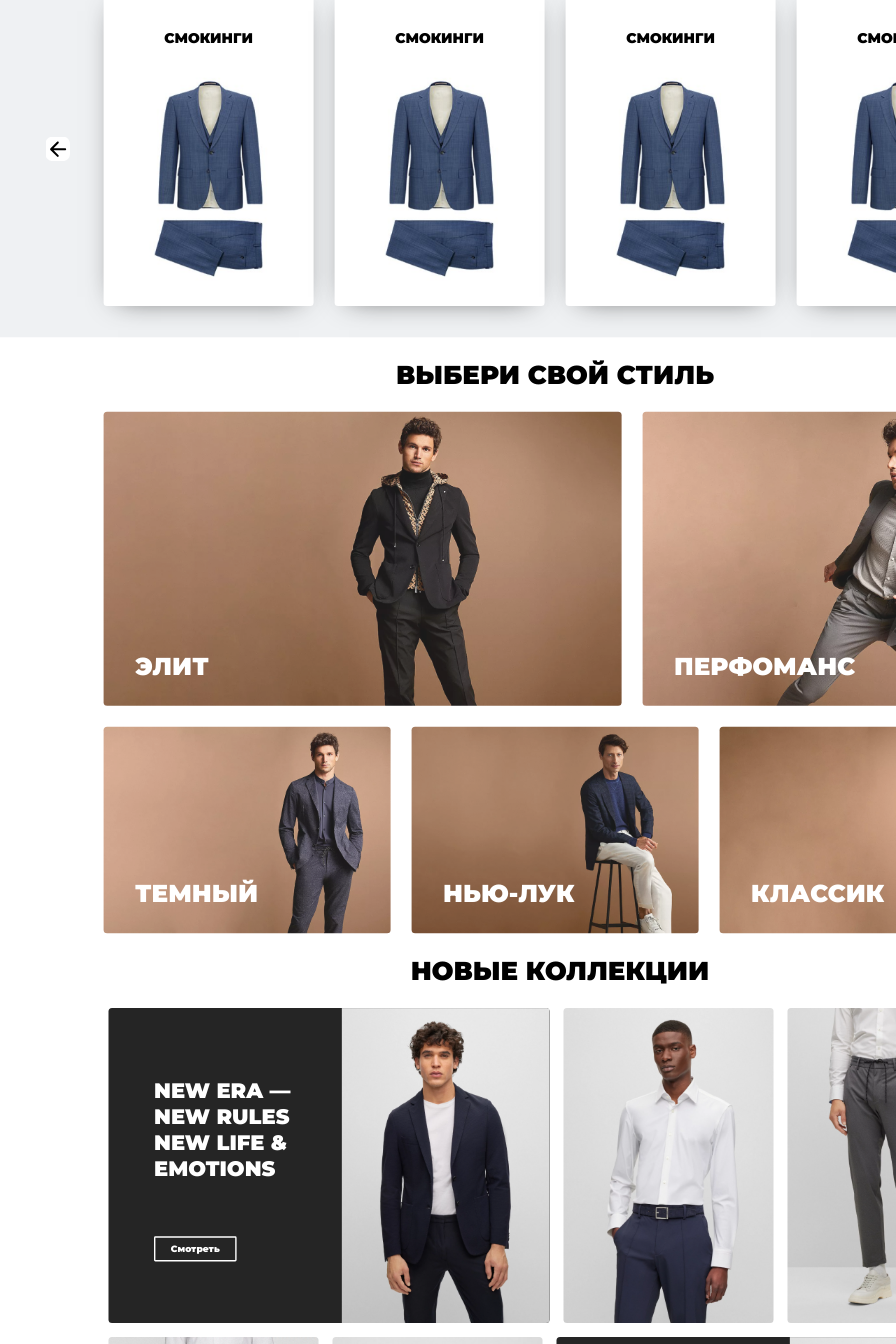
Repository: MaksimKrupkin/SigmaEllegance
Page: /
An editor plug-in stored every save of this project. The page is shown before and after the next save, followed by the edit.
The browser window is 1280 px wide. The pictures show the part of the page from y = 903 to 2823 px (the page is 4160 px tall), at 70% of full size.
Some web fonts or font styles are not loaded; a fallback is used. The project was rebuilt for these pictures with package versions that can differ from the ones it lists, and the page was loaded fresh each time.

Above is the page before, as saved 2023-11-25 11:15:55.

### public/index.html
<!DOCTYPE html>
<html lang="en">
  <head>
    <meta charset="utf-8" />

    <meta name="viewport" content="width=device-width, initial-scale=1" />

    <link rel="preconnect" href="https://fonts.googleapis.com" />
    <link rel="preconnect" href="https://fonts.gstatic.com" crossorigin />
    <link
      href="https://fonts.googleapis.com/css2?family=Roboto:wght@400;500;700&display=swap"
      rel="stylesheet" />
    <link
      href="https://fonts.googleapis.com/css2?family=Montserrat:ital,wght@0,300;0,500;0,600;0,900;1,400;1,500&family=Roboto:wght@400;500;700&display=swap"
      rel="stylesheet" />
    <link rel="preconnect" href="https://fonts.googleapis.com" />
    <link rel="preconnect" href="https://fonts.gstatic.com" crossorigin />
    <link
      href="https://fonts.googleapis.com/css2?family=Montserrat:wght@300&family=Roboto:wght@400;500;700&display=swap"
      rel="stylesheet" />
    <link href="https://fonts.cdnfonts.com/css/montserrat" rel="stylesheet" />
    <title>SigmaEllegance</title>
  </head>
  <body>
    <div id="root"></div>
  </body>
</html>

### src/Components/Header/Header.jsx
import React from 'react';
import styles from './Header.module.css';
import logo from '../../assets/img/logo.svg';
import icon1 from '../../assets/img/Icon1.svg';
import icon2 from '../../assets/img/icon2.svg';
import icon3 from '../../assets/img/icon3.svg';
import icon4 from '../../assets/img/icon4.svg';

function Header() {
  return (
    <header className={styles.header}>
      <div className={styles.left_part}>
        <a className={styles.menu}>
          <img className={styles.icon1} src={icon1} alt="" />
          <p>Меню</p>
        </a>
        <a className={styles.search}>
          <img className={styles.icon2} src={icon2} alt="" />
          <p>Поиск</p>
        </a>
      </div>
      <a className={styles.logo_part}>
        <img className={styles.logo} src={logo} alt="" />
        <p>SigmaEllegance</p>
      </a>
      <div className={styles.right_part}>
        <a className={styles.liked}>
          <p>Желаемое</p>
          <img className={styles.icon3} src={icon3} alt="" />
        </a>
        <a className={styles.purchases}>
          <p>Мой SE</p>
          <img className={styles.icon4} src={icon4} alt="" />
        </a>
      </div>
    </header>
  );
}

export default Header;

### src/Pages/HomePage.jsx
import React from 'react';
import styles from './HomePage.module.css';
import mainScreenImage from '../assets/img/background.png';
import Slider from '../Components/Slider/Slider';
import Styles from '../Components/Styles/Styles';
import Collections from '../Components/Collections/Collections';
import Footer from '../Components/Footer/Footer';
import Sendings from '../Components/Sendings/Sendings';

function HomePage() {
  return (
    <>
      <div className={styles.mainScreen}>
        <div className={styles.textBlock}>
          <div className={styles.title}>Мужская классика</div>
          <div className={styles.text}>
            Наши фирменные костюмы — это то, чем мы известны. Откройте для себя классические формы и
            оттенки, подходящие для вашего образа жизни.
          </div>
          <button className={styles.mainScreen_button}>Смотреть коллекцию</button>
        </div>
      </div>
      <Slider />
      <Styles />
      <Collections />
      <Sendings />
      <Footer />
    </>
  );
}

export default HomePage;

### src/App.module.css
body {
  font-family: 'Montserrat', sans-serif;
  display: block;
  margin: 0 auto;
  padding: 0;
  width: 100%;
  overflow-x: hidden;
}
.container {
  width: 1600px;
  display: block;
  margin: 0 auto;
  position: relative;
}

*,
*::before,
*::after {
  box-sizing: border-box;
}

/* Links */

a,
a:link,
a:visited {
  text-decoration: none;
}

a:hover {
  text-decoration: none;
}

/* Common */

aside,
nav,
footer,
header,
section,
main {
  display: block;
}

h1,
h2,
h3,
h4,
h5,
h6,
p {
  font-size: inherit;
  font-weight: inherit;
}

ul,
ul li {
  list-style: none;
}

img {
  vertical-align: top;
}

img,
svg {
  max-width: 100%;
  height: auto;
}

address {
  font-style: normal;
}

/* Form */

input,
textarea,
button,
select {
  font-family: inherit;
  font-size: inherit;
  color: inherit;
  background-color: transparent;
}

input::-ms-clear {
  display: none;
}

button,
input[type='submit'] {
  display: inline-block;
  box-shadow: none;
  background-color: transparent;
  background: none;
  cursor: pointer;
}

input:focus,
input:active,
button:focus,
button:active {
  outline: none;
}

button::-moz-focus-inner {
  padding: 0;
  border: 0;
}

label {
  cursor: pointer;
}

legend {
  display: block;
}

### src/Components/Header/Header.module.css
.header {
  font-family: 'Montserrat', sans-serif;
  margin: 0 auto;
  width: 100%;
  height: 10vh;
  display: flex;
  justify-content: space-around;
  align-items: center;
}

.left_part {
  display: flex;
  justify-content: space-between;
  align-items: center;
  gap: 25px;
  color: #000;
  margin-bottom: -2px;

  font-family: Montserrat;
  font-size: 17px;
  font-style: normal;
  font-weight: 500;
  line-height: normal;
}
.menu {
  display: flex;
  justify-content: space-between;
  align-items: center;
  gap: 8px;
  cursor: pointer;
}
.menu:hover {
  color: rgb(45, 43, 43);
}
.icon1 {
  width: 22px;
  height: 22px;
  margin-bottom: 1px;
}
.search {
  display: flex;
  justify-content: space-between;
  align-items: center;
  gap: 8px;
  cursor: pointer;
}
.search:hover {
  color: rgb(45, 43, 43);
}
.icon2 {
  width: 18px;
  height: 18px;
  margin-bottom: 3px;
}

.logo_part {
  margin-bottom: 3px;
  display: flex;
  justify-content: space-between;
  align-items: center;

  color: #000;

  font-family: Montserrat;
  font-size: 25px;
  font-style: normal;
  font-weight: 400;
  line-height: normal;
  cursor: pointer;
}

.logo {
  width: 67.375px;
  height: 69.103px;
  flex-shrink: 0;
  margin-right: -10px;
}
.right_part {
  margin-bottom: -2px;
  display: flex;
  justify-content: space-between;
  align-items: center;
  gap: 23px;
  font-family: Montserrat;
  font-size: 17px;
  font-style: normal;
  font-weight: 500;
  line-height: normal;
}

.liked {
  display: flex;
  justify-content: space-between;
  align-items: center;
  gap: 8px;
  cursor: pointer;
}
.liked:hover {
  color: rgb(45, 43, 43);
}
.icon3 {
  width: 22px;
  height: 22px;
  margin-bottom: 3px;
}

.purchases {
  display: flex;
  justify-content: space-between;
  align-items: center;
  gap: 8px;
  cursor: pointer;
}
.purchases:hover {
  color: rgb(45, 43, 43);
}

.icon4 {
  width: 19px;
  height: 19px;
  margin-bottom: 3px;
}

### src/Pages/HomePage.module.css
.mainScreen {
  width: 1900px;
  height: 773px;
  position: relative;
  background-image: url(../assets/img/background.png);
  background-repeat: no-repeat;
  position: relative;
}
.mainScreen__image {
  width: 100%;
  height: 90vh;
}
.textBlock {
  position: absolute;
  top: 200px;
  left: 150px;
}
.title {
  color: #fff;
  font-family: Montserrat;
  font-size: 53px;
  font-style: normal;
  font-weight: 900;
  line-height: normal;
  text-transform: uppercase;
}

.text {
  margin-top: 50px;
  width: 550px;
  color: #fff;
  font-family: Montserrat;
  font-size: 25px;
  font-style: normal;
  font-weight: 400;
  line-height: 135%; /* 33.75px */
}
.mainScreen_button {
  display: flex;
  justify-content: center;
  align-items: center;
  margin-top: 60px;
  font-size: 20px;
  height: 40px;
  padding-left: 10px;
  padding-right: 10px;
  color: white;
  border: 3px solid white;
  border-radius: 5px;
  transition: all 0.1s ease-in;
}
.mainScreen_button:hover {
  scale: 1.02;
}

### src/Components/Slider/Slider.jsx
import React from 'react';
import styles from './Slider.module.css';
import leftArrow from '../../assets/img/Left Arrow.svg';
import rightArrow from '../../assets/img/Right Arrow.svg';
import SliderCard from '../SliderCard/SliderCard';

export default function Slider() {
  return (
    <div className={styles.slider_wrapper}>
      <img className={styles.leftArrow} src={leftArrow} alt="" />

      <div className={styles.slider}>
        <SliderCard />
        <SliderCard />
        <SliderCard />
        <SliderCard />
      </div>
      <img className={styles.rightArrow} src={rightArrow} alt="" />
    </div>
  );
}

### src/Components/Styles/Styles.jsx
import React from 'react';
import styles from './Styles.module.css';

export default function Styles() {
  return (
    <section className={styles.styles_section}>
      <h2 className={styles.title}>Выбери свой стиль</h2>
      <div className={styles.styles_wrapper}>
        <div className={styles.topLine}>
          <a>
            <div className={styles.style1}>
              <span className={styles.subtitle}>Элит</span>
            </div>
          </a>
          <a>
            <div className={styles.style2}>
              <span className={styles.subtitle}>Перфоманс</span>
            </div>
          </a>
        </div>
        <div className={styles.bottomLine}>
          <a>
            <div className={styles.style3}>
              <span className={styles.subtitle}>Темный</span>
            </div>
          </a>
          <a>
            <div className={styles.style4}>
              <span className={styles.subtitle}>Нью-лук</span>
            </div>
          </a>
          <a>
            <div className={styles.style5}>
              <span className={styles.subtitle}>Классик</span>
            </div>
          </a>
        </div>
      </div>
    </section>
  );
}

### src/Components/Collections/Collections.jsx
import React from 'react';
import styles from './Collections.module.css';
import image1 from '../../assets/img/collection1.png';
import image2 from '../../assets/img/collection6.png';

export default function Collections() {
  return (
    <section className={styles.collections_section}>
      <h2 className={styles.title}>Новые коллекции</h2>
      <div className={styles.collections_wrapper}>
        <div className={styles.collections_top}>
          <div className={styles.collection1}>
            <img className={styles.collection1_image} src={image1} alt="" />
            <p className={styles.subtitle}>New era —New Rules New life & emotions</p>
            <a className={styles.button}>Смотреть</a>
            <div className={styles.rightPart}></div>
          </div>

          <div className={styles.collection2}></div>
          <div className={styles.collection3}></div>
        </div>
        <div className={styles.collections_bottom}>
          <div className={styles.collection4}></div>
          <div className={styles.collection5}></div>
          <div className={styles.collection6}>
            <img className={styles.collection6_image} src={image2} alt="" />
            <p className={styles.subtitle}>
              Be Royal <br /> Be Yourself every time anywhere
            </p>
            <a className={styles.button}>Смотреть</a>
            <div className={styles.rightPart}></div>
          </div>
        </div>
      </div>
    </section>
  );
}

### src/Components/Sendings/Sendings.jsx
import React from 'react';
import styles from './Sendings.module.css';

export default function Sendings() {
  return (
    <div className={styles.customer_form_container}>
      <div className={styles.customer_form}>
        <div className={styles.customer_form_title}>Подпишитесь на нашу рассылку</div>
        <div className={styles.customer_form_subtitle}>
          Чтобы первыми узнавать о новинках и трендах, оставьте нам свою почту. На неё мы также
          отправим промокод на скидку 5% на первый заказ!
        </div>
        <form className={styles.forms}>
          <input
            className={styles.name}
            type="text"
            name="name"
            value=""
            placeholder="Ваше имя"
            required
          />
          <br />
          <input
            className={styles.email}
            type="text"
            name="email"
            value=""
            placeholder="Ваш Email"
          />
          <br />
          <input className={styles.send} type="button" value="Отправить" />
        </form>
      </div>
    </div>
  );
}

### src/Components/Slider/Slider.module.css
.slider_wrapper {
  width: 1586px;
  height: 540px;
  background-color: #eff1f3;
  display: flex;
  flex-wrap: nowrap;
  justify-content: space-between;
  align-items: center;
  gap: 20px;
  overflow: hidden;
  padding-left: 65px;
  padding-right: 65px;
}
.leftArrow {
  display: block;
  width: 35px;
  height: 35px;
}
.slider {
  width: 1290px;
  display: flex;
  justify-content: space-between;
  align-items: center;
  gap: 30px;
}
.rightArrow {
  display: block;
  width: 35px;
  height: 35px;
}

### src/Components/SliderCard/SliderCard.jsx
import React from 'react';
import styles from './SliderCard.module.css';
import cardImage from '../../assets/img/card1.png';

export default function SliderCard() {
  return (
    <div className={styles.card}>
      <p className={styles.card_title}>Смокинги</p>
      <img className={styles.card_image} src={cardImage} alt="" />
    </div>
  );
}

### src/Components/Styles/Styles.module.css
.styles_section {
  width: 1586px;
  background-color: white;
  display: flex;
  flex-direction: column;
  align-items: center;
}
.title {
  color: #000;
  font-family: Montserrat;
  font-size: 37px;
  font-style: normal;
  font-weight: 700;
  line-height: normal;
  text-transform: uppercase;
}
.styles_wrapper {
  width: 1290px;
  display: flex;
  flex-direction: column;
  justify-content: space-between;
  gap: 30px;
}
.topLine {
  display: flex;
  justify-content: space-between;
  align-items: center;
  gap: 30px;
}

.bottomLine {
  display: flex;
  justify-content: space-between;
  align-items: center;
  gap: 30px;
}
.style1 {
  width: 740px;
  height: 420px;
  background-image: url(../../assets/img/style-1.png);
  color: #fff;
  border-radius: 5px;
  position: relative;
}
.style1,
.style2,
.style3,
.style4,
.style5:hover {
  opacity: 0.9;
}
.style2 {
  width: 520px;
  height: 420px;
  background-image: url(../../assets/img/style-2.png);
  color: #fff;
  border-radius: 5px;
  position: relative;
}
.style3 {
  width: 410px;
  height: 295px;
  background-image: url(../../assets/img/style-3.png);
  color: #fff;
  border-radius: 5px;
  position: relative;
}
.style4 {
  width: 410px;
  height: 295px;
  background-image: url(../../assets/img/style-4.png);
  color: #fff;
  border-radius: 5px;
  position: relative;
}
.style5 {
  width: 410px;
  height: 295px;
  background-image: url(../../assets/img/style-5.png);
  color: #fff;
  border-radius: 5px;
  position: relative;
}
.subtitle {
  font-family: Montserrat;
  font-size: 35px;
  font-style: normal;
  font-weight: 800;
  line-height: normal;
  text-transform: uppercase;
  position: absolute;
  bottom: 35px;
  left: 45px;
}

### src/Components/Footer/Footer.module.css
.footer {
  background-color: #eff1f3;
  width: 1600px;
  height: 547px;
  position: relative;
}

.column_1 {
  position: absolute;
  top: 45px;
  left: 155px;
}

.column_2 {
  position: absolute;
  top: 45px;
  left: 455px;
}

.column_3 {
  position: absolute;
  top: 45px;
  left: 855px;
}
.column_title {
  font-style: normal;
  font-weight: 600;
  font-size: 17px;
  line-height: 21px;
  text-transform: uppercase;
  color: #000000;
  margin-bottom: 25px;
}

.column_item {
  font-family: 'Montserrat';
  font-style: normal;
  font-weight: 400;
  font-size: 17px;
  line-height: 21px;
  color: #000000;
  margin-bottom: 20px;
}

.footer_form {
  position: absolute;
  top: 45px;
  left: 1155px;
}

.footer_form_title {
  font-style: normal;
  font-weight: 600;
  font-size: 17px;
  line-height: 21px;
  text-transform: uppercase;
  color: #000000;
  margin-bottom: 25px;
}
.footer {
  opacity: 1;
}
.footer_form_email {
  width: 235px;
  height: 45px;
  background-color: white;
  border: none;
  border-radius: 5px;
  font-style: normal;
  font-weight: 400;
  font-size: 14px;
  line-height: 17px;
  padding-left: 20px;
  color: rgba(0, 0, 0, 0.4);
}

.footer_button {
  margin-top: 20px;
  margin-bottom: 20px;
  width: 255px;
  background-color: #000000;
  border-radius: 5px;
  text-align: center;
  font-style: normal;
  font-weight: 600;
  font-size: 14px;
  line-height: 45px;
  color: #ffffff;
}
.footer_link {
  color: #ffffff;
}

.policy {
  width: 254px;
  font-style: normal;
  font-weight: 400;
  font-size: 13px;
  line-height: 15px;
  color: #000000;
}
.policy_link {
  font-style: normal;
  font-weight: 400;
  font-size: 12px;
  line-height: 15px;
  color: #00bfed;
}

.footer_border {
  position: absolute;
  bottom: 120px;
}

.sigma_corp {
  position: absolute;
  left: 155px;
  bottom: 45px;

  font-weight: 500;
}

.made_by {
  position: absolute;
  left: 650px;
  bottom: 45px;
  font-weight: 500;
}

.social_networks {
  position: absolute;
  left: 1180px;
  bottom: 35px;
}
.pintrest {
  width: 30px;
  height: 30px;
  margin-right: 10px;
  transition: all 0.1s ease-in;
  cursor: pointer;
}
.pintrest:hover {
  width: 35px;
  height: 35px;
  transform: translateY(-3px);
}
.tik_tok {
  width: 30px;
  height: 30px;
  margin-right: 10px;
  transition: all 0.1s ease-in;
  cursor: pointer;
}
.tik_tok:hover {
  width: 35px;
  height: 35px;
  transform: translateY(-3px);
}
.telegram {
  width: 30px;
  height: 30px;
  margin-right: 10px;
  transition: all 0.1s ease-in;
  cursor: pointer;
}
.telegram:hover {
  width: 35px;
  height: 35px;
  transform: translateY(-3px);
}
.instagram {
  width: 30px;
  height: 30px;
  margin-right: 10px;
  transition: all 0.1s ease-in;
  cursor: pointer;
}
.instagram:hover {
  width: 35px;
  height: 35px;
  transform: translateY(-3px);
}
.vk {
  width: 30px;
  height: 30px;
  margin-right: 10px;
  transition: all 0.1s ease-in;
  cursor: pointer;
}
.vk:hover {
  width: 35px;
  height: 35px;
  transform: translateY(-3px);
}

### src/Components/Sendings/Sendings.module.css
.customer_form_container {
  background-color: #eff1f3;
  width: 1600px;
  height: 310px;
  margin-top: 40px;
}

.customer_form {
  width: 1290px;
  display: flex;
  flex-direction: column;
  align-items: center;
}

.customer_form_title {
  margin-top: 45px;
  margin-left: 300px;
  margin-bottom: 25px;
  font-style: normal;
  font-weight: 700;
  font-size: 30px;
  line-height: 37px;
  text-transform: uppercase;
  color: #000000;
  text-align: center;
}

.customer_form_subtitle {
  width: 1290px;
  margin-left: 240px;
  margin-bottom: 45px;
  font-style: normal;
  font-weight: 500;
  font-size: 20px;
  line-height: 24px;
  text-align: center;
  color: #000000;
}

.forms {
  display: flex;
  justify-content: center;
  align-items: center;
  gap: 15px;
  margin-left: 250px;
}

.name {
  width: 220px;
  height: 55px;
  border: 2px solid black;
  border-radius: 5px;
  padding-left: 20px;
  color: rgba(0, 0, 0, 0.5);
  transition: all 0.6s ease-in-out;
}

.email {
  width: 420px;
  height: 55px;
  border: 2px solid black;
  border-radius: 5px;
  padding-left: 20px;
  color: rgba(0, 0, 0, 0.5);
  transition: all 0.6s ease-in-out;
}

.send {
  text-align: center;
  width: 150px;
  height: 55px;
  border: 2px solid black;
  border-radius: 5px;
  padding-left: 8px;
  color: black;
  font-weight: 700;
  font-size: 14px;
  line-height: 17px;
  transition: all 0.2s ease;
  cursor: pointer;
}

.send:hover {
  border: 3px solid black;
  border-radius: 40px;
  font-size: 15px;
  padding-bottom: 2px;
  background-color: rgb(245, 237, 237);
}

### src/Components/SliderCard/SliderCard.module.css
.card {
  width: 300px;
  height: 450px;
  background-color: white;
  border-radius: 5px;
  display: flex;
  flex-direction: column;
  align-items: center;
  padding-top: 35px;
  padding-bottom: 65px;
  gap: 25px;
  -webkit-box-shadow: 0px 8px 39px -21px rgba(56, 56, 56, 1);
  -moz-box-shadow: 0px 8px 39px -21px rgba(56, 56, 56, 1);
  box-shadow: 0px 8px 39px -21px rgba(56, 56, 56, 1);
  transition: all 0.2s ease-in-out;
}
.card:hover {
  -webkit-box-shadow: 0px 12px 39px -17px rgba(56, 56, 56, 1);
  -moz-box-shadow: 0px 12px 39px -17px rgba(56, 56, 56, 1);
  box-shadow: 0px 12px 39px -17px rgba(56, 56, 56, 1);
}
.card_title {
  color: #000;
  font-family: Montserrat;
  font-size: 20px;
  font-style: normal;
  font-weight: 700;
  line-height: normal;
  text-transform: uppercase;
}

.card_image {
  width: 190px;
}

Loaded but not shown: src/index.js (common file); src/App.js (16 lines, source omitted); src/Components/Collections/Collections.module.css (149 lines, source omitted); src/Components/Footer/Footer.jsx (69 lines, source omitted)

After the next save:
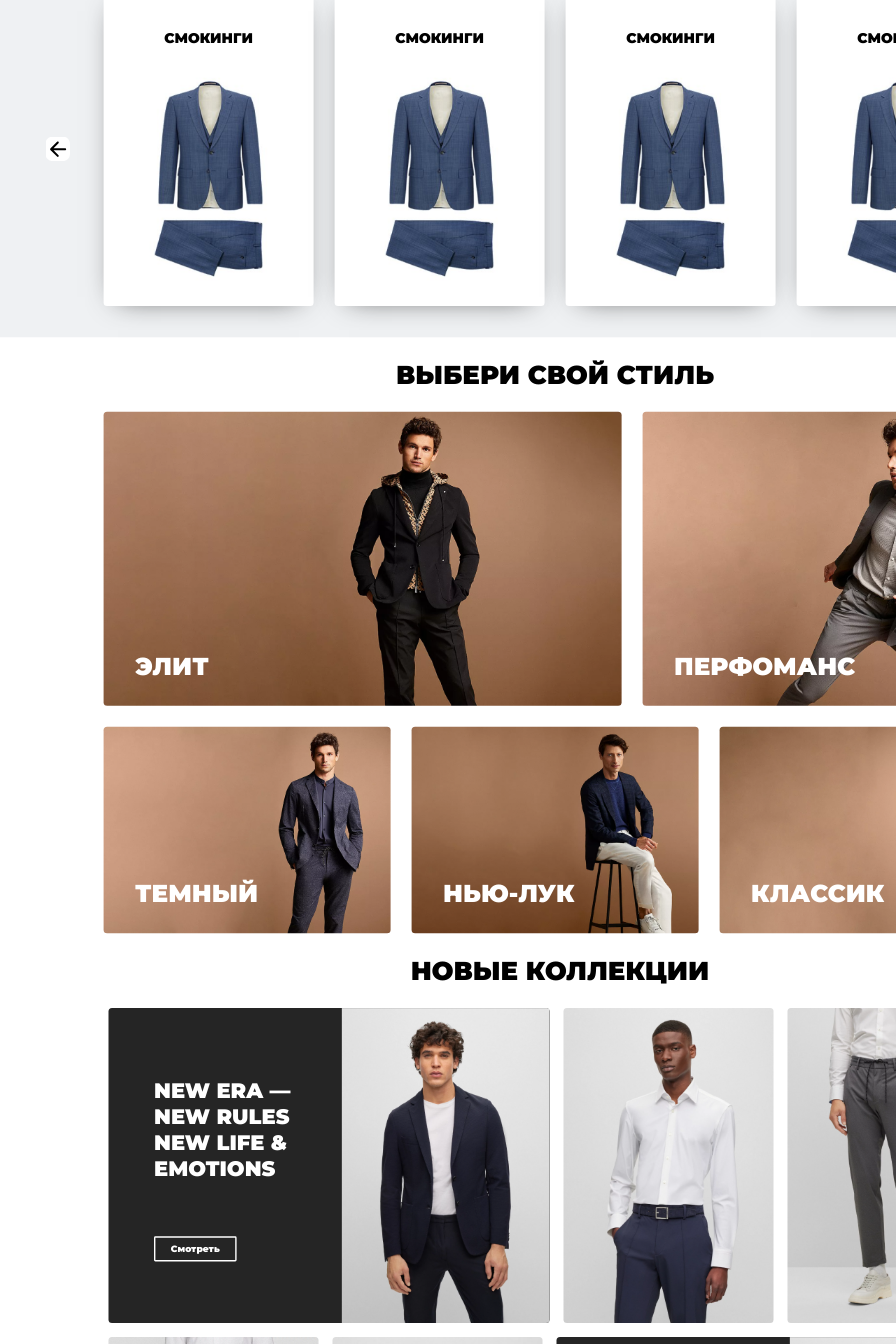
Saved 103 s later.
--- a/src/Components/Styles/Styles.module.css
+++ b/src/Components/Styles/Styles.module.css
@@ -42,13 +42,21 @@
   border-radius: 5px;
   position: relative;
 }
+.style1:hover,
+.style2:hover,
+.style3:hover,
+.style4:hover,
+.style5:hover {
+  opacity: 0.85;
+}
 .style1,
 .style2,
 .style3,
 .style4,
-.style5:hover {
-  opacity: 0.9;
+.style5 {
+  transition: all 0.2s ease-in;
 }
+
 .style2 {
   width: 520px;
   height: 420px;
